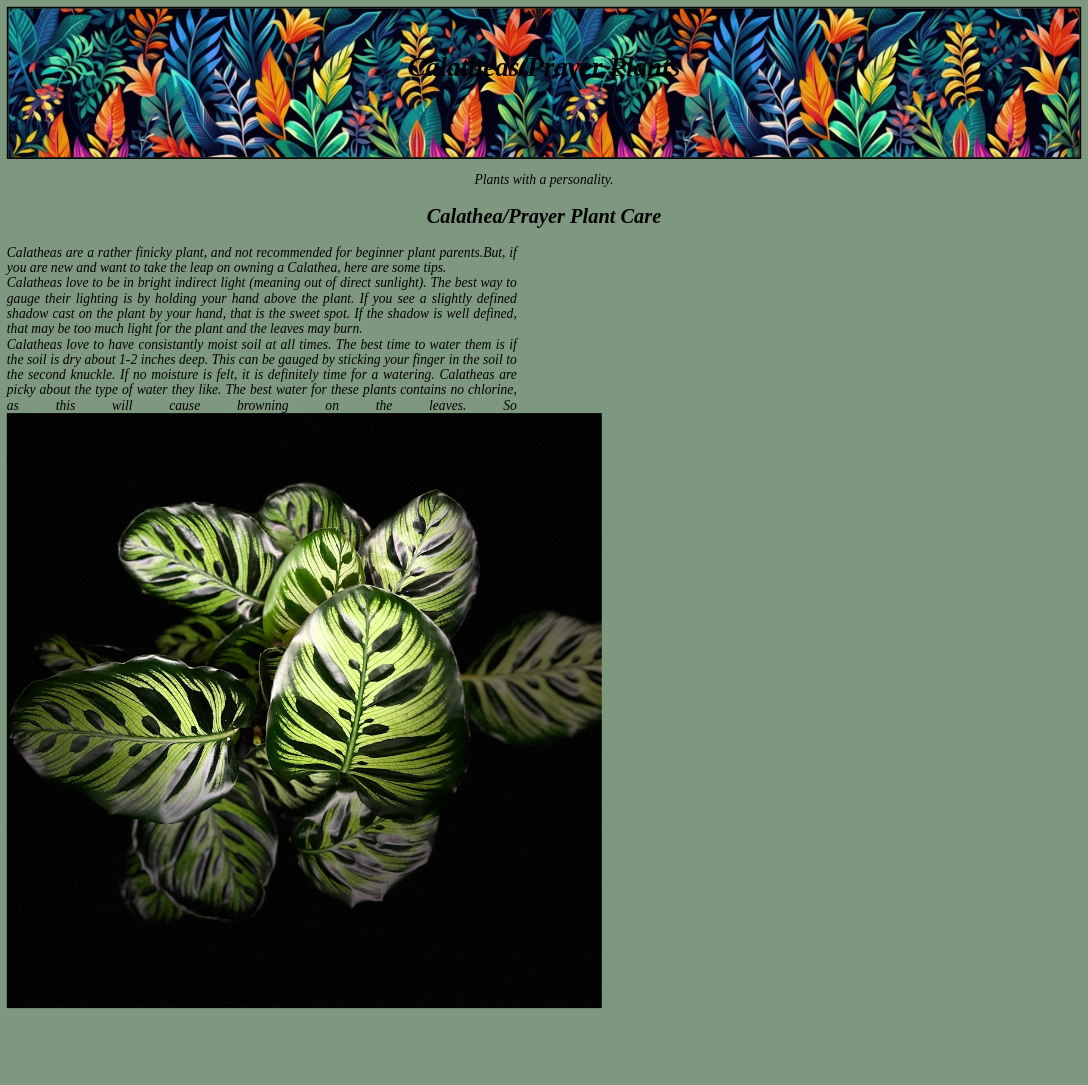
Repository: swillis91/odin-recipies
Page: Planty Page/calatheas.html
These files come from the project's save history. The page is drawn as it stood at one moment and after the next save; the edit follows.
The browser window is 1280 px wide. The pictures show the whole page, at 85% of full size.

Above is the page before, as saved 2023-08-11 00:18:18.

After the next save:
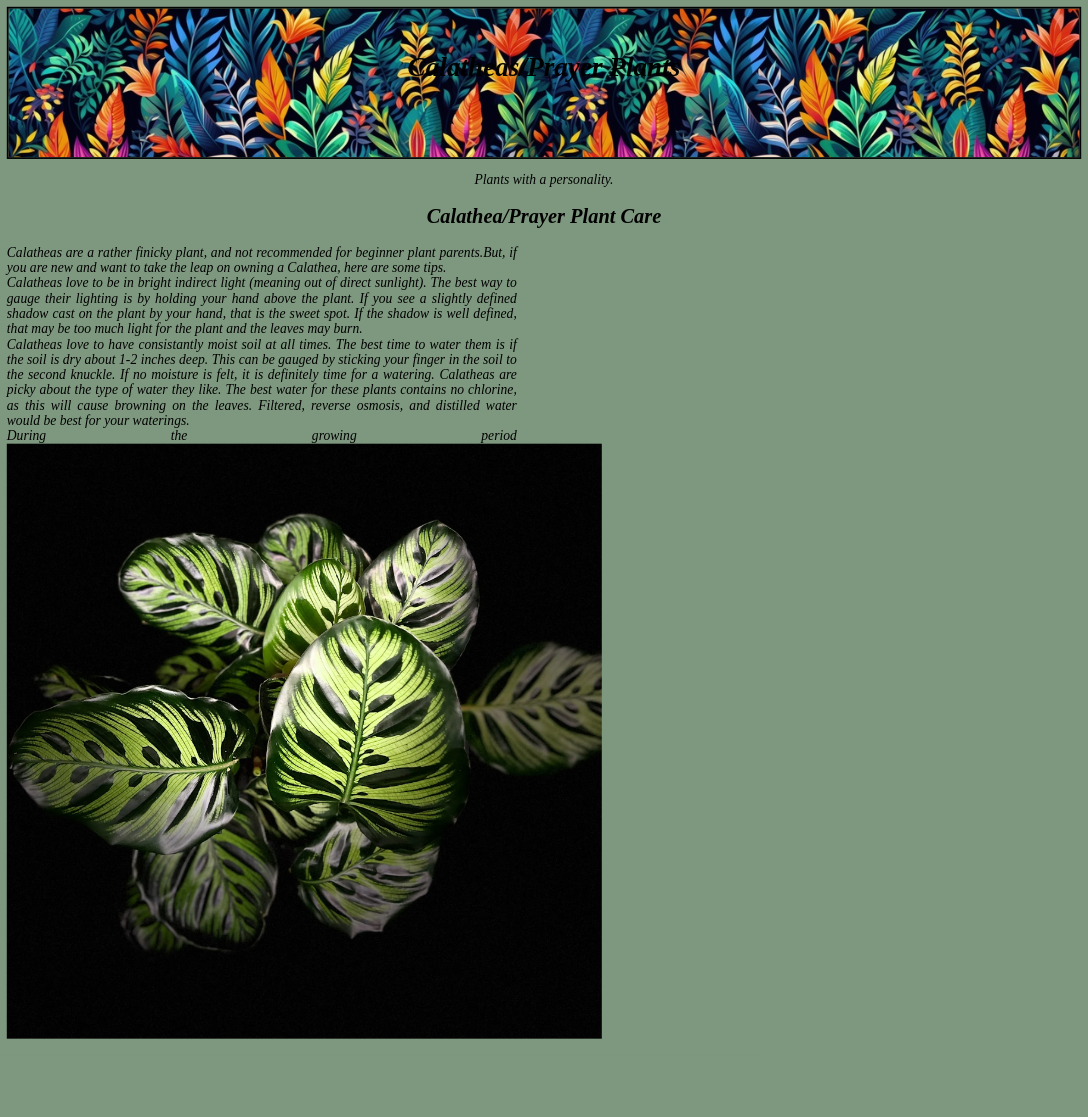
Saved 53 s later.
--- a/Planty Page/calatheas.html
+++ b/Planty Page/calatheas.html
@@ -12,7 +12,9 @@
                 <br>
                 Calatheas love to be in bright indirect light (meaning out of direct sunlight). The best way to gauge their lighting is by holding your hand above the plant. If you see a slightly defined shadow cast on the plant by your hand, that is the sweet spot. If the shadow is well defined, that may be too much light for the plant and the leaves may burn.
                 <br>
-                Calatheas love to have consistantly moist soil at all times. The best time to water them is if the soil is dry about 1-2 inches deep. This can be gauged by sticking your finger in the soil to the second knuckle. If no moisture is felt, it is definitely time for a watering. Calatheas are picky about the type of water they like. The best water for these plants contains <em>no</em> chlorine, as this will cause browning on the leaves. So
+                Calatheas love to have consistantly moist soil at all times. The best time to water them is if the soil is dry about 1-2 inches deep. This can be gauged by sticking your finger in the soil to the second knuckle. If no moisture is felt, it is definitely time for a watering. Calatheas are picky about the type of water they like. The best water for these plants contains <em>no</em> chlorine, as this will cause browning on the leaves. Filtered, reverse osmosis, and distilled water would be best for your waterings.
+                <br>
+                During the growing period
                 <img src="./Images/makoyana.webp" id="calathea makoyana" width="700px">
 
                 </tr>
